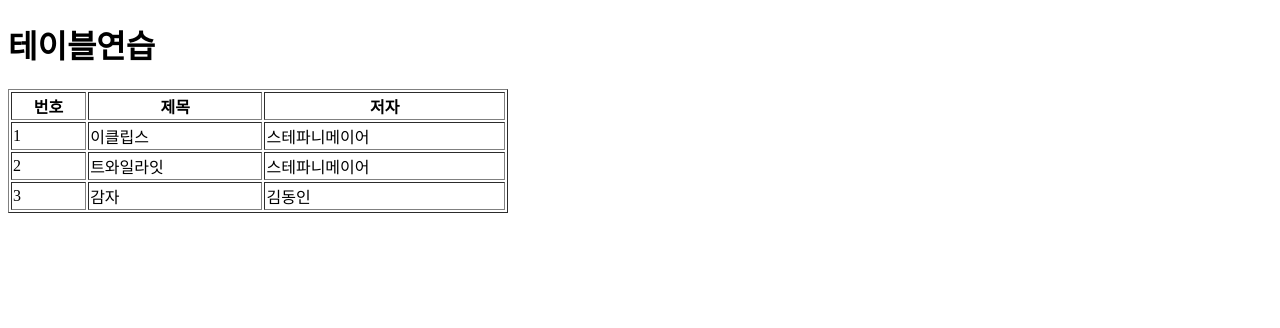
Repository: wishinghyun/multicampus
Page: webwork/clientweb/WebContent/html/table1.html
The author's editor kept a copy of each file at every save. The page is drawn from the files as they stood at one save, then again after the next save.
The browser window is 1280 px wide. The pictures show the whole page.

Above is the page before, as saved 2020-01-02 01:41:17.

After the next save:
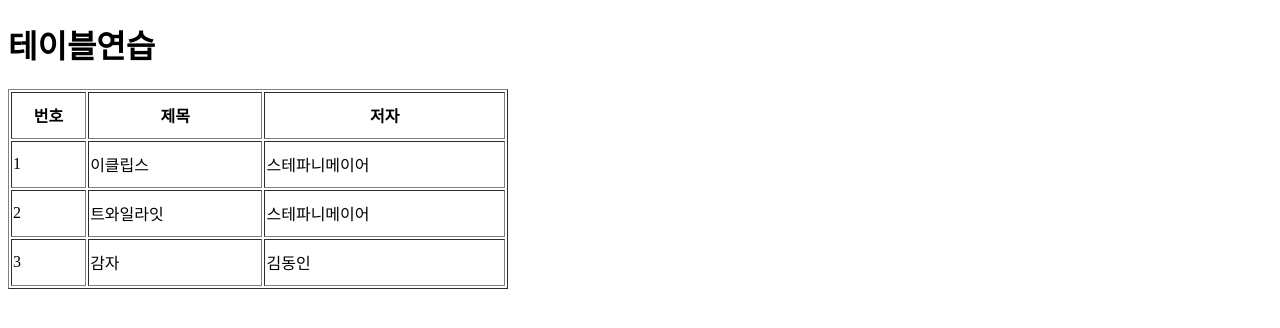
Saved 36 s later.
--- a/webwork/clientweb/WebContent/html/table1.html
+++ b/webwork/clientweb/WebContent/html/table1.html
@@ -6,7 +6,7 @@
 </head>
 <body>
 	<h1>테이블연습</h1>
-	<table border="1" width="500">
+	<table border="1" width="500" height="200">
 		<tr>
 			<th>번호</th>
 			<th>제목</th>

After the 2 saves that followed:
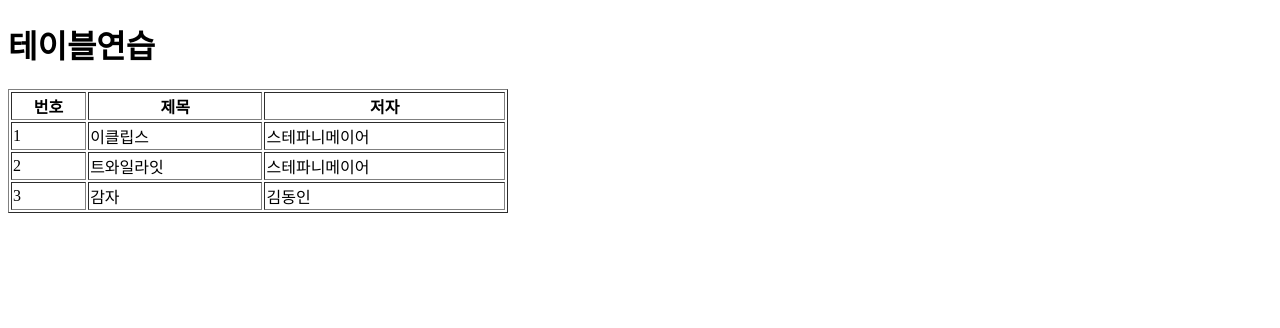
The 2 saves are shown as one change because 1 left the picture as it was.
The last was saved 61 s later.
--- a/webwork/clientweb/WebContent/html/table1.html
+++ b/webwork/clientweb/WebContent/html/table1.html
@@ -6,8 +6,8 @@
 </head>
 <body>
 	<h1>테이블연습</h1>
-	<table border="1" width="500" height="200">
-		<tr>
+	<table border="1" width="500">
+		<tr bigcolor="skyblue">
 			<th>번호</th>
 			<th>제목</th>
 			<th>저자</th>
